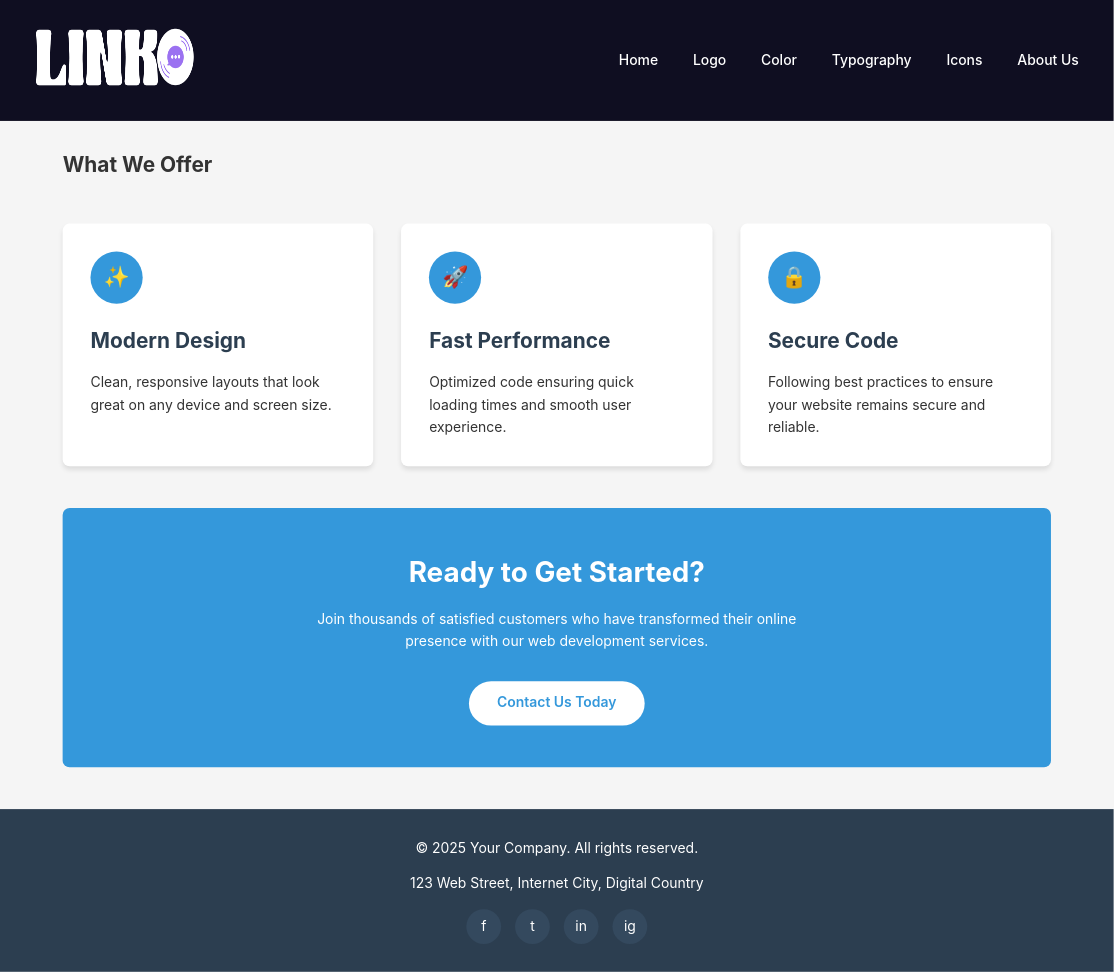
Repository: primcharlin/LINKO-A5Styleguide
Page: index.html
An editor plug-in stored every save of this project. The page is shown before and after the next save, followed by the edit.
The browser window is 1280 px wide. The pictures show the whole page, at 87% of full size.

Above is the page before, as saved 2025-04-09 14:06:28.

### index.html
<!DOCTYPE html>
<html lang="en">
<head>
    <meta charset="UTF-8">
    <meta name="viewport" content="width=device-width, initial-scale=1.0">
    <title>Modern Website</title>
    <link rel="stylesheet" href="styles.css">
</head>
<body>
    <header>
        <div class="logo">
            <img src="img/linko-logo.png" alt="LINKO Logo">
        </div>

        <nav>
            <ul>
                <li><a href="#">Home</a></li>
                <li><a href="#">Logo</a></li>
                <li><a href="#">Color</a></li>
                <li><a href="#">Typography</a></li>
                <li><a href="#">Icons</a></li>
                <li><a href="#">About Us</a></li>
            </ul>
        </nav>
    </header>

    <main>
        <section>
            <h2>What We Offer</h2>
            <div class="features">
                <div class="feature-card">
                    <div class="feature-icon">✨</div>
                    <h3>Modern Design</h3>
                    <p>Clean, responsive layouts that look great on any device and screen size.</p>
                </div>

                <div class="feature-card">
                    <div class="feature-icon">🚀</div>
                    <h3>Fast Performance</h3>
                    <p>Optimized code ensuring quick loading times and smooth user experience.</p>
                </div>

                <div class="feature-card">
                    <div class="feature-icon">🔒</div>
                    <h3>Secure Code</h3>
                    <p>Following best practices to ensure your website remains secure and reliable.</p>
                </div>
            </div>
        </section>

        <section class="cta">
            <h2>Ready to Get Started?</h2>
            <p>Join thousands of satisfied customers who have transformed their online presence with our web development services.</p>
            <a href="#" class="btn">Contact Us Today</a>
        </section>
    </main>

    <footer>
        <p>© 2025 Your Company. All rights reserved.</p>
        <p>123 Web Street, Internet City, Digital Country</p>
        <div class="social-links">
            <a href="#" class="social-icon">f</a>
            <a href="#" class="social-icon">t</a>
            <a href="#" class="social-icon">in</a>
            <a href="#" class="social-icon">ig</a>
        </div>
    </footer>
</body>
</html>

### styles.css
/* Reset styles */
* {
    margin: 0;
    padding: 0;
    box-sizing: border-box;
    font-family: Inter;
}

/* Body styles */
body {
    background-color: #f5f5f5;
    color: #333;
    line-height: 1.6;
}

/* Header styles */
header {
    background-color: #0F0E21;
    color: white;
    padding: 1rem 2rem;
    display: flex;
    justify-content: space-between;
    align-items: center;
}

.logo img {
    height: 99px; /* Adjust based on your preference */
    width: auto; /* Maintains aspect ratio */
    max-width: 200px; /* Prevents logo from being too wide */
}

header h1 {
    font-size: 1.8rem;
}

header p {
    font-size: 0.9rem;
}

/* Navigation styles */
nav {
    display: flex;
    align-items: center;
}

nav ul {
    display: flex;
    list-style: none;
    gap: 1.5rem;
}

nav a {
    color: white;
    text-decoration: none;
    font-weight: 500;
    transition: color 0.3s;
    padding: 0.5rem;
}

nav a:hover {
    color: #3498db;
}

/* Main content styles */
main {
    max-width: 1200px;
    margin: 2rem auto;
    padding: 0 2rem;
}

/* Features section */
.features {
    display: flex;
    flex-wrap: wrap;
    gap: 2rem;
    margin: 3rem 0;
}

.feature-card {
    flex: 1;
    min-width: 300px;
    background-color: white;
    padding: 2rem;
    border-radius: 8px;
    box-shadow: 0 4px 6px rgba(0, 0, 0, 0.1);
    transition: transform 0.3s, box-shadow 0.3s;
}

.feature-card:hover {
    transform: translateY(-5px);
    box-shadow: 0 10px 15px rgba(0, 0, 0, 0.1);
}

.feature-card h3 {
    color: #2c3e50;
    margin-bottom: 1rem;
    font-size: 1.5rem;
}

.feature-icon {
    background-color: #3498db;
    color: white;
    width: 60px;
    height: 60px;
    display: flex;
    align-items: center;
    justify-content: center;
    border-radius: 50%;
    margin-bottom: 1.5rem;
    font-size: 1.5rem;
}

/* CTA section */
.cta {
    background-color: #3498db;
    padding: 3rem 2rem;
    text-align: center;
    margin: 3rem 0;
    border-radius: 8px;
    color: white;
}

.cta h2 {
    font-size: 2rem;
    margin-bottom: 1rem;
}

.cta p {
    max-width: 600px;
    margin: 0 auto 2rem;
}

.btn {
    display: inline-block;
    background-color: white;
    color: #3498db;
    padding: 0.8rem 2rem;
    border-radius: 50px;
    text-decoration: none;
    font-weight: 600;
    transition: background-color 0.3s, transform 0.3s;
}

.btn:hover {
    background-color: #f5f5f5;
    transform: scale(1.05);
}

/* Footer styles */
footer {
    background-color: #2c3e50;
    color: white;
    padding: 2rem;
    text-align: center;
}

footer p {
    margin-bottom: 1rem;
}

.social-links {
    display: flex;
    justify-content: center;
    gap: 1rem;
    margin-top: 1rem;
}

.social-icon {
    background-color: #34495e;
    color: white;
    width: 40px;
    height: 40px;
    display: flex;
    align-items: center;
    justify-content: center;
    border-radius: 50%;
    text-decoration: none;
    transition: background-color 0.3s;
}

.social-icon:hover {
    background-color: #3498db;
}

/* Responsive styles */
@media (max-width: 900px) {
    header {
        flex-direction: column;
        padding: 1rem;
        text-align: center;
    }

    .logo {
        margin-bottom: 1rem;
    }

    nav ul {
        flex-wrap: wrap;
        justify-content: center;
        gap: 1rem 1.5rem;
    }
}

@media (max-width: 600px) {
    .features {
        flex-direction: column;
    }
}

After the next save:
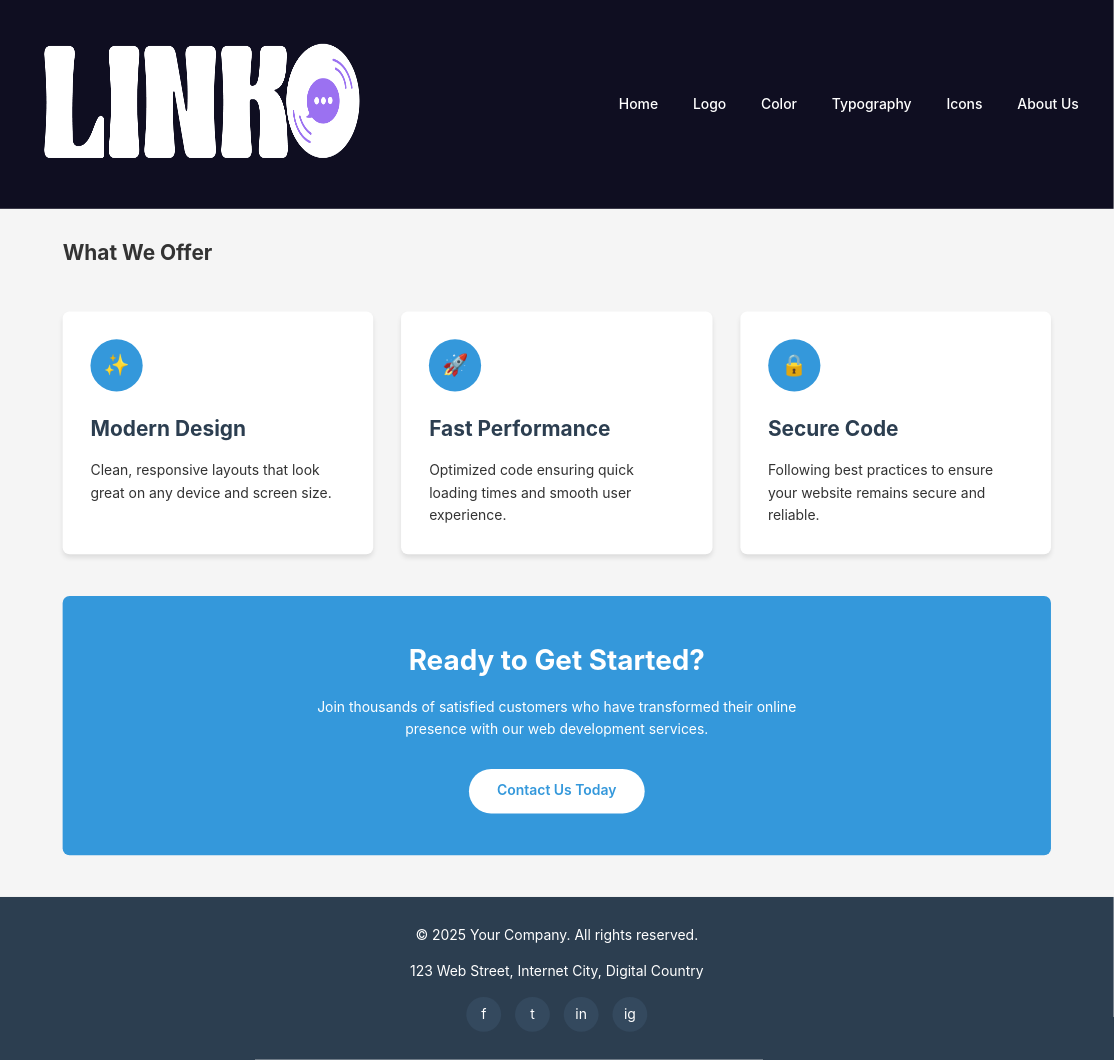
Saved 36 s later.
--- a/styles.css
+++ b/styles.css
@@ -24,9 +24,9 @@ header {
 }
 
 .logo img {
-    height: 99px; /* Adjust based on your preference */
+    height: 200px; /* Adjust based on your preference */
     width: auto; /* Maintains aspect ratio */
-    max-width: 200px; /* Prevents logo from being too wide */
+    max-width: 400px; /* Prevents logo from being too wide */
 }
 
 header h1 {
